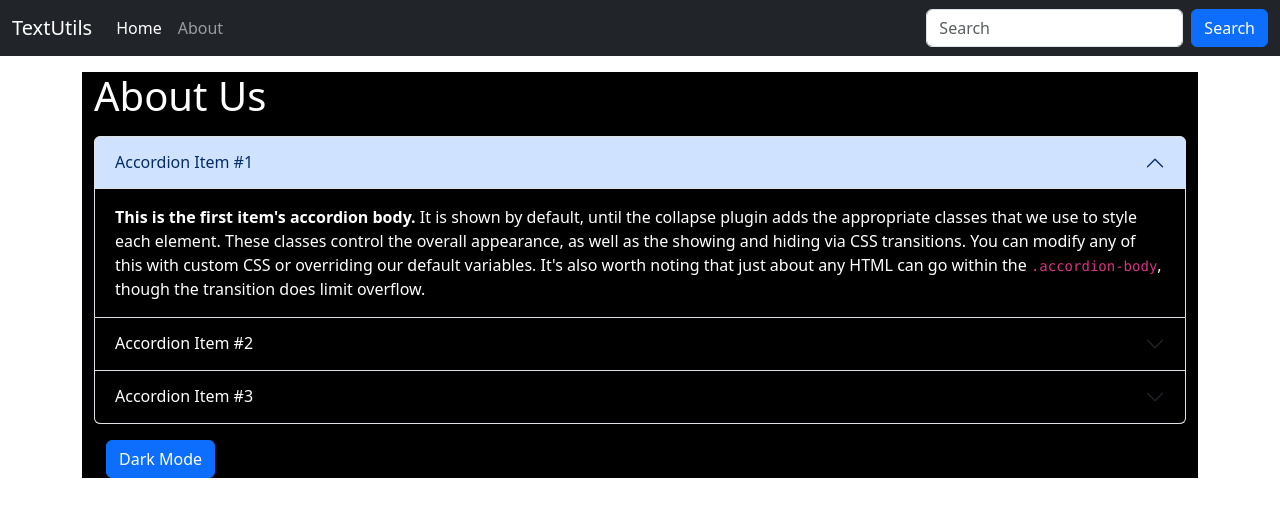
Repository: Rohit-foryou/Text-Utils
Page: /
An editor plug-in stored every save of this project. The page is shown before and after the next save, followed by the edit.
The browser window is 1280 px wide. The pictures show the whole page.
The project was rebuilt for these pictures with package versions that can differ from the ones it lists, and the page was loaded fresh each time. Also part of the build but not shown: src/index.css, src/App.css.

Above is the page before, as saved 2023-12-20 22:32:02.

After the next save:
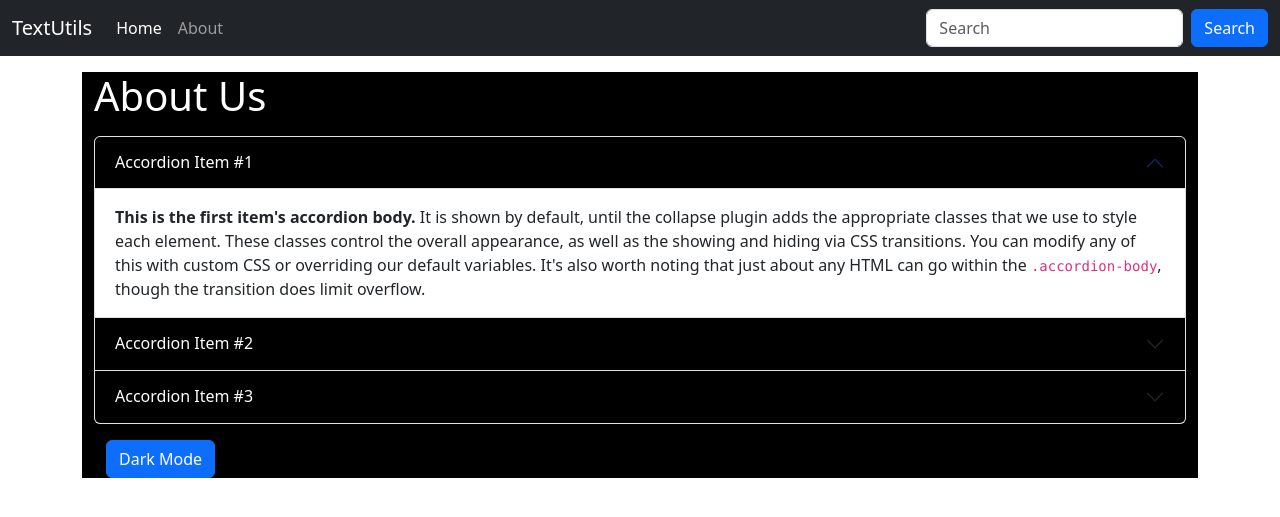
Saved 73 s later.
--- a/src/components/About.js
+++ b/src/components/About.js
@@ -12,11 +12,11 @@ export default function About() {
       <div className="accordion" id="accordionExample" style={mystyle}>
             <div className="accordion-item">
                 <h2 className="accordion-header">
-                <button className="accordion-button" type="button" data-bs-toggle="collapse" data-bs-target="#collapseOne" aria-expanded="true" aria-controls="collapseOne">
+                <button className="accordion-button" type="button"  style={mystyle} data-bs-toggle="collapse" data-bs-target="#collapseOne" aria-expanded="true" aria-controls="collapseOne">
                     Accordion Item #1
                 </button>
                 </h2>
-                <div id="collapseOne" className="accordion-collapse collapse show"  style={mystyle} data-bs-parent="#accordionExample">
+                <div id="collapseOne" className="accordion-collapse collapse show" data-bs-parent="#accordionExample">
                 <div className="accordion-body">
                     <strong>This is the first item's accordion body.</strong> It is shown by default, until the collapse plugin adds the appropriate classes that we use to style each element. These classes control the overall appearance, as well as the showing and hiding via CSS transitions. You can modify any of this with custom CSS or overriding our default variables. It's also worth noting that just about any HTML can go within the <code>.accordion-body</code>, though the transition does limit overflow.
                 </div>
@@ -28,7 +28,7 @@ export default function About() {
                     Accordion Item #2
                 </button>
                 </h2>
-                <div id="collapseTwo" className="accordion-collapse collapse"  style={mystyle} data-bs-parent="#accordionExample">
+                <div id="collapseTwo" className="accordion-collapse collapse" data-bs-parent="#accordionExample">
                 <div className="accordion-body">
                     <strong>This is the second item's accordion body.</strong> It is hidden by default, until the collapse plugin adds the appropriate classes that we use to style each element. These classes control the overall appearance, as well as the showing and hiding via CSS transitions. You can modify any of this with custom CSS or overriding our default variables. It's also worth noting that just about any HTML can go within the <code>.accordion-body</code>, though the transition does limit overflow.
                 </div>
@@ -40,7 +40,7 @@ export default function About() {
                     Accordion Item #3
                 </button>
                 </h2>
-                <div id="collapseThree" className="accordion-collapse collapse" style={mystyle} data-bs-parent="#accordionExample">
+                <div id="collapseThree" className="accordion-collapse collapse"  data-bs-parent="#accordionExample">
                 <div className="accordion-body">
                     <strong>This is the third item's accordion body.</strong> It is hidden by default, until the collapse plugin adds the appropriate classes that we use to style each element. These classes control the overall appearance, as well as the showing and hiding via CSS transitions. You can modify any of this with custom CSS or overriding our default variables. It's also worth noting that just about any HTML can go within the <code>.accordion-body</code>, though the transition does limit overflow.
                 </div>
